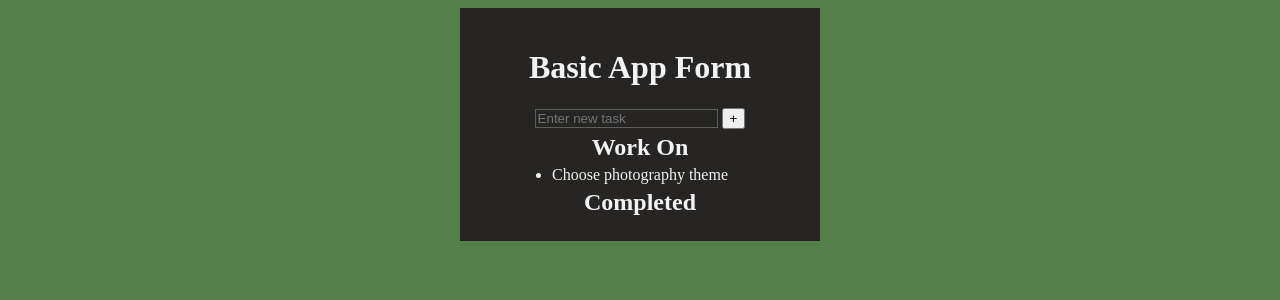
Repository: Kayla-amr/dgm_3760
Page: todoTemplate-W2/index.html
These files come from the project's save history. The page is drawn as it stood at one moment and after the next save; the edit follows.
The browser window is 1280 px wide. The pictures show the whole page.

Above is the page before, as saved 2022-10-17 17:23:40.

After the next save:
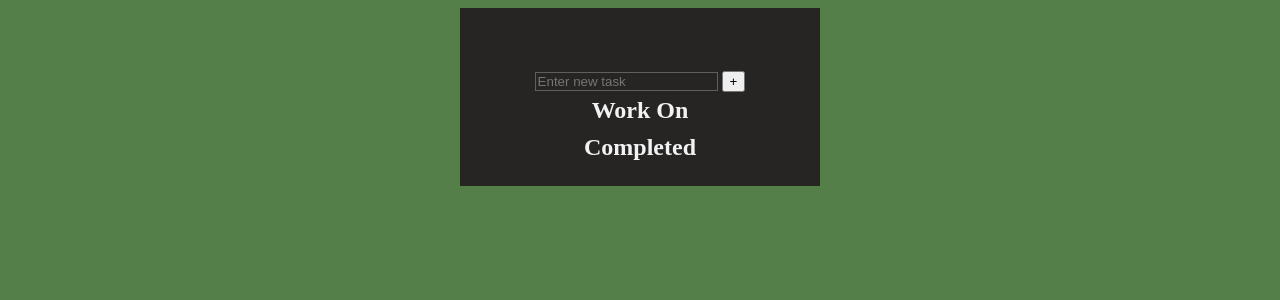
Console error: SyntaxError: Unexpected token '}'
Saved 4 s later.
--- a/todoTemplate-W2/index.js
+++ b/todoTemplate-W2/index.js
@@ -30,7 +30,7 @@
     if (myTask.status != true) {
       todoTaskUl.innerHTML += `<li data-todoId='${myTask.id}'> ${myTask.name} </li>`;
     } else {
-      completedTaskUL.innerHTML
+      completedTaskUL.innerHTML +=
     }
 
 	});

After the 2 saves that followed:
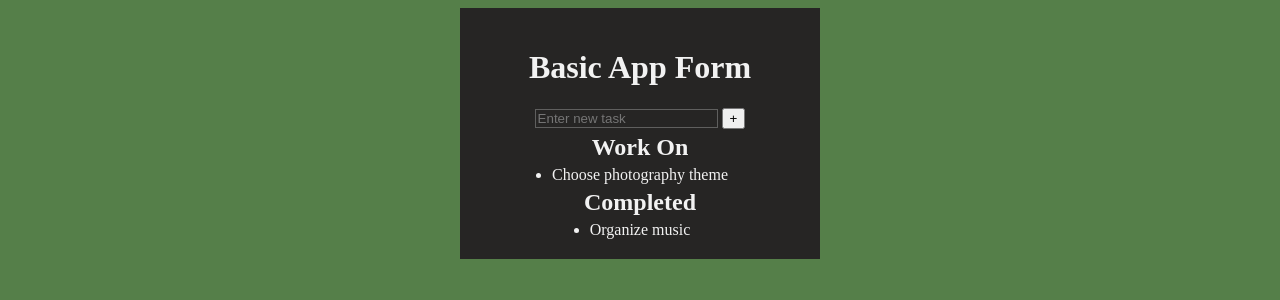
The error is gone.
The 2 saves are shown as one change because 1 left the picture as it was.
The last was saved 10 s later.
--- a/todoTemplate-W2/index.js
+++ b/todoTemplate-W2/index.js
@@ -30,7 +30,7 @@
     if (myTask.status != true) {
       todoTaskUl.innerHTML += `<li data-todoId='${myTask.id}'> ${myTask.name} </li>`;
     } else {
-      completedTaskUL.innerHTML +=
+      completedTaskUL.innerHTML += `<li data-todoId='${myTask.id}'> ${myTask.name} </li>`;
     }
 
 	});
